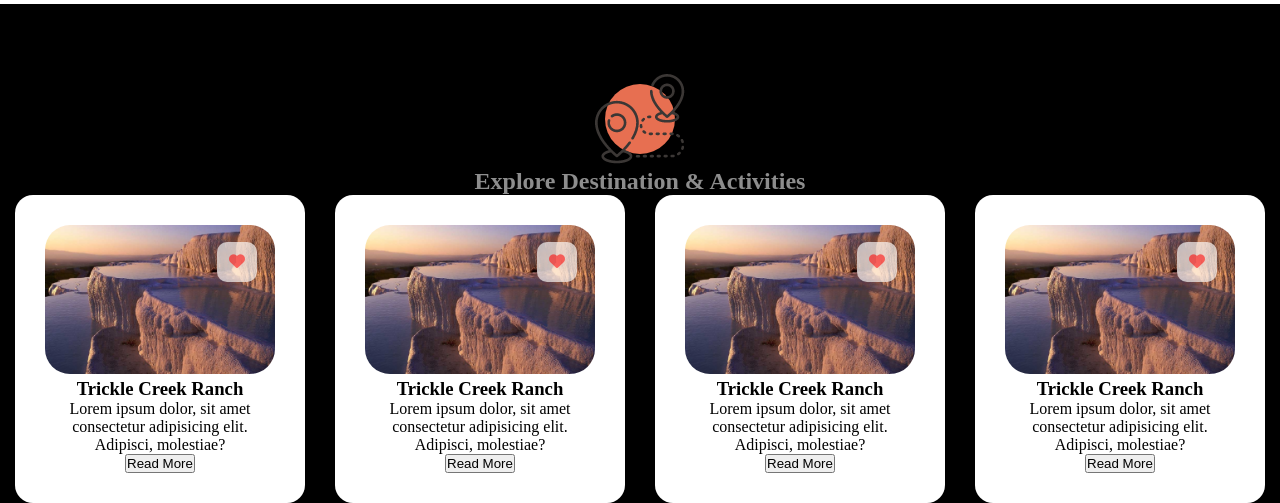
Repository: giahuy405/BC38_Camping_Pham_Gia_Huy
Page: index.html
An editor plug-in stored every save of this project. The page is shown before and after the next save, followed by the edit.
The browser window is 1280 px wide. The pictures show the part of the page from y = 692 to 1211 px (the page is 1195 px tall before and 1211 px after).

Above is the page before, as saved 2022-09-13 19:11:34.

After the next save:
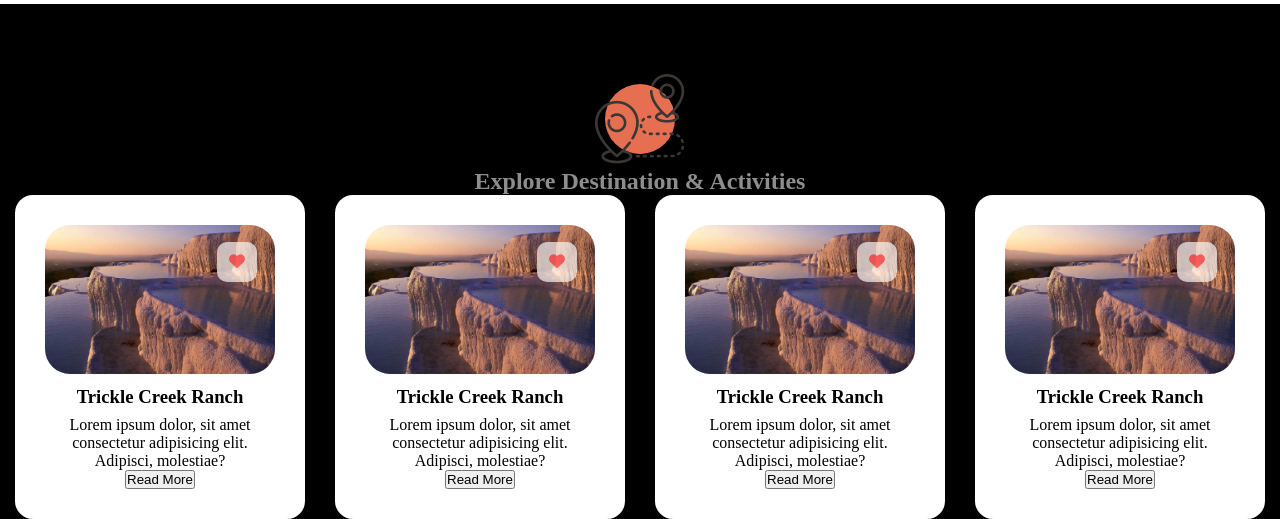
Saved 41 s later.
--- a/css/index.css
+++ b/css/index.css
@@ -75,3 +75,6 @@
     background-color: rgba(255, 255, 255, 0.651);
     border-radius: 10px;
 }
+.service__item h3{
+    line-height: 2;
+}
